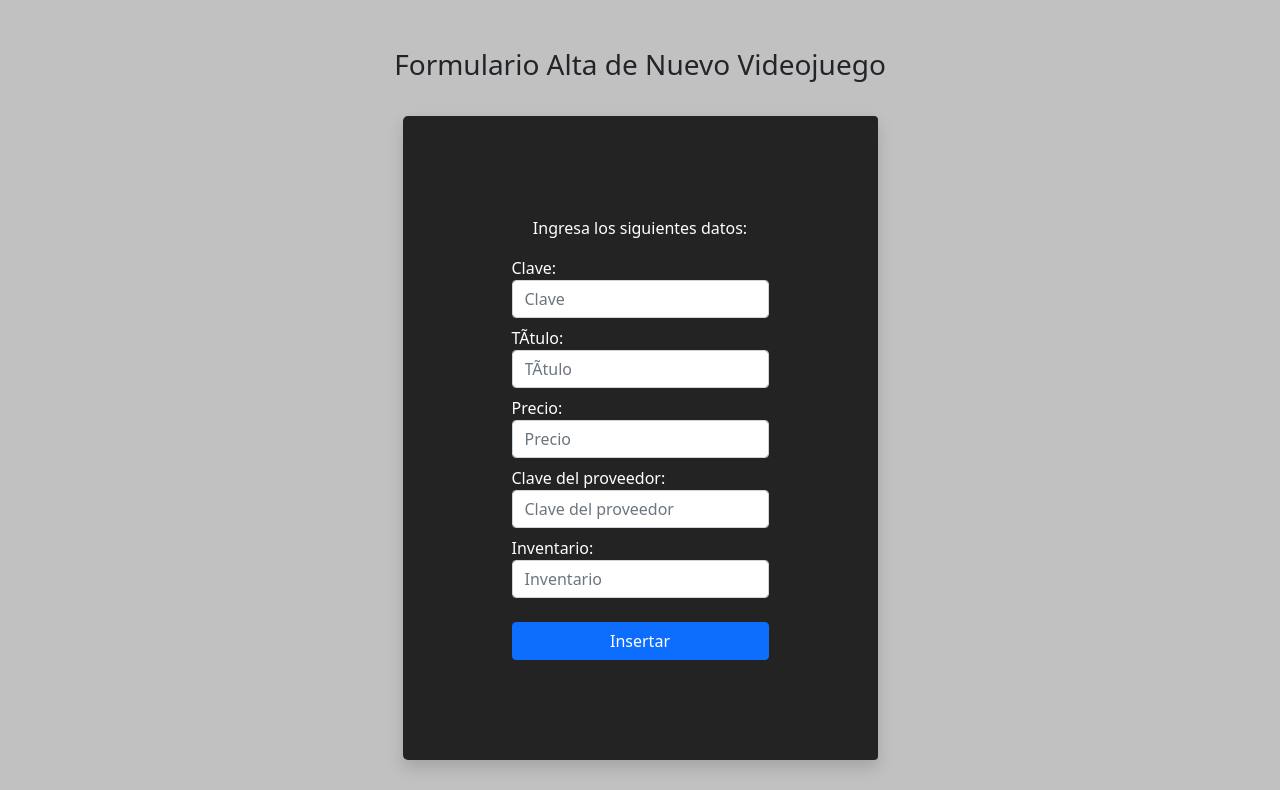
Repository: Jatziri16/JavaEE
Page: http://localhost/TiendaVideojuegos/FormularioInsertarVideojuego.jsp
An editor plug-in stored every save of this project. The page is shown before and after the next save, followed by the edit.
The browser window is 1280 px wide. The pictures show the whole page.
The page is served by Tomcat 9.

Above is the page before, as saved 2023-12-06 22:35:24.

After the next save:
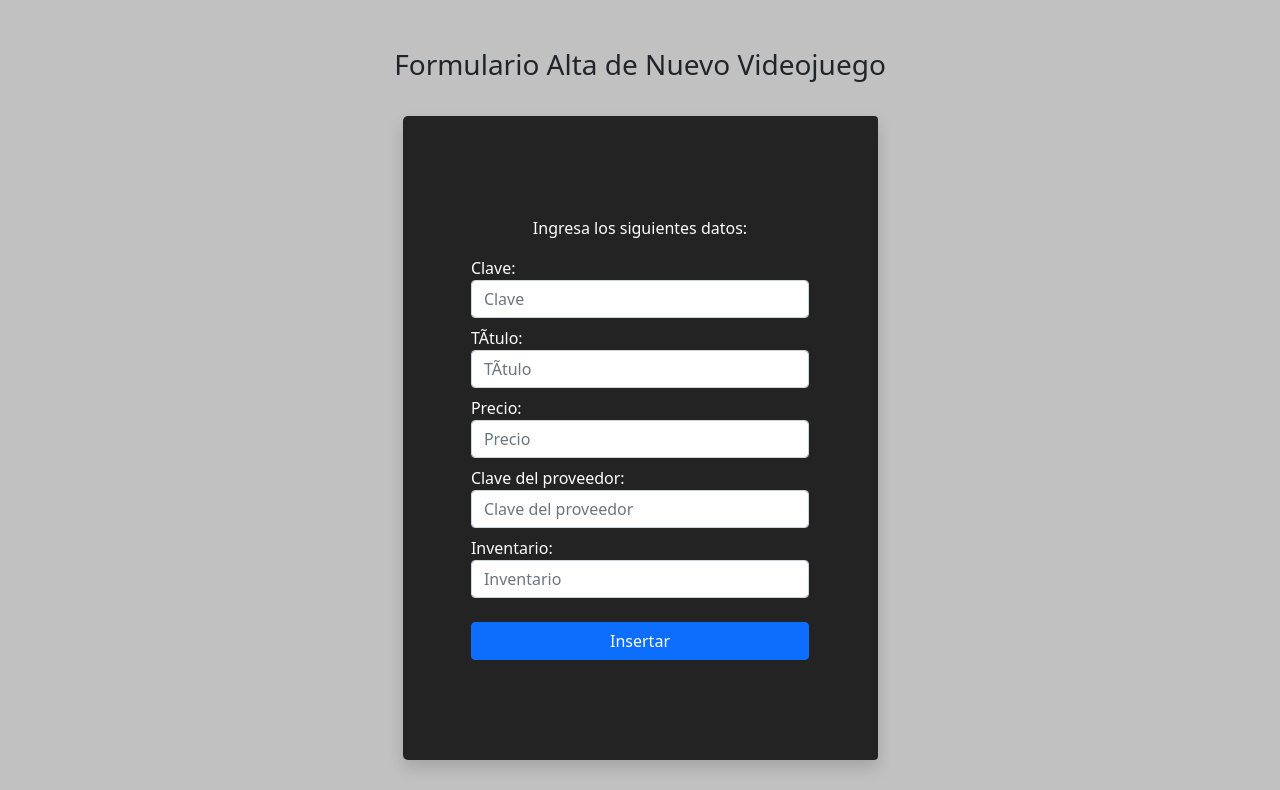
Saved 21 s later.
--- a/TiendaVideojuegos/src/main/webapp/FormularioInsertarVideojuego.jsp
+++ b/TiendaVideojuegos/src/main/webapp/FormularioInsertarVideojuego.jsp
@@ -18,7 +18,7 @@
 						<p class="text-center">Ingresa los siguientes datos:</p>
 						<div class="centrar">
 							<!-- FORM -->
-							<form action="InsertarVideojuego.do" method="GET">
+							<form action="InsertarVideojuego.do" method="GET" class="w-75">
 								<label for="clave">Clave:</label>
 								<input class="form-control mb-2" type="text" placeholder="Clave" name="cve" id="clave">
 
